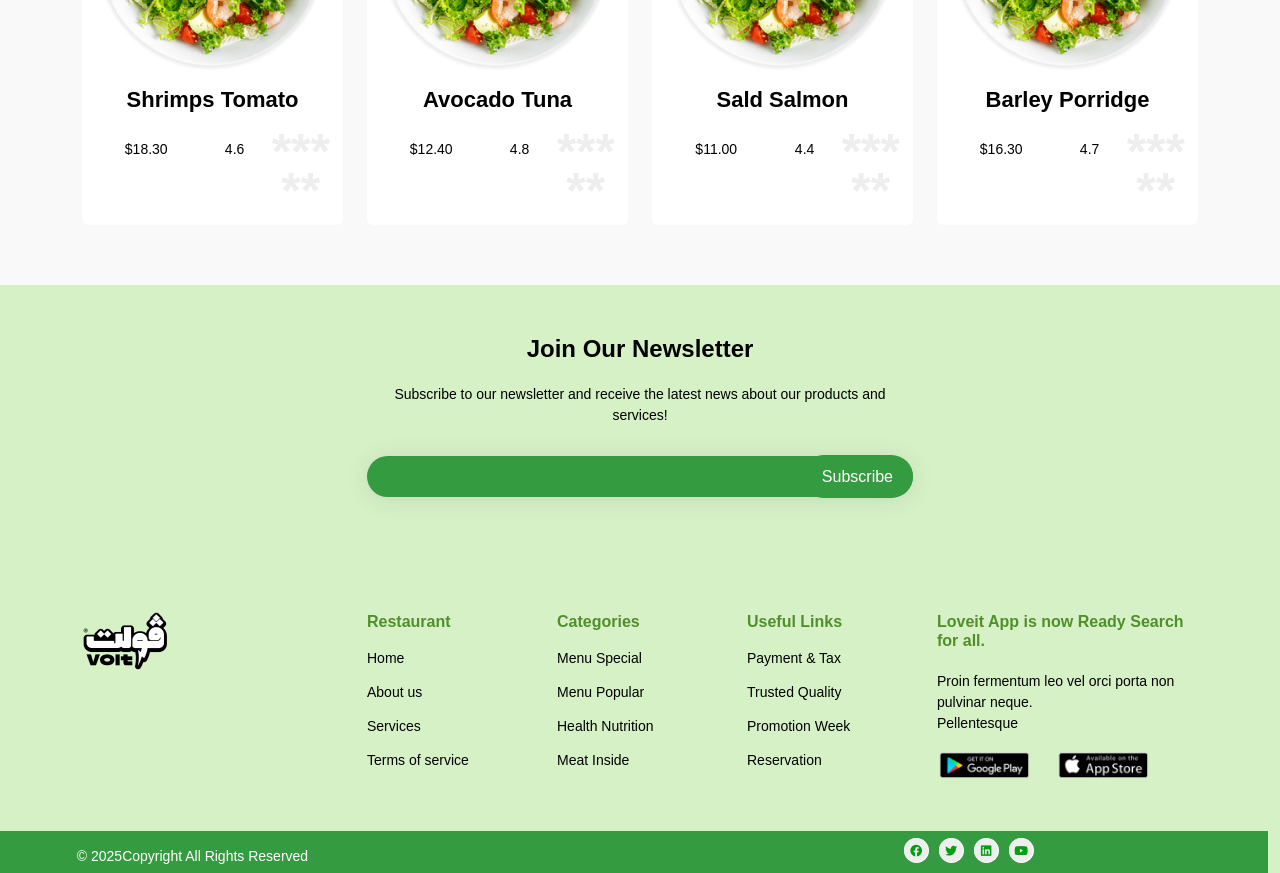
Repository: junivig/volt-new-project
Page: index.html
An editor plug-in stored every save of this project. The page is shown before and after the next save, followed by the edit.
The browser window is 1280 px wide. The pictures show the part of the page from y = 2220 to 3172 px (the page is 3093 px tall before and 3495 px after).

Above is the page before, as saved 2025-01-30 12:37:59.

After the next save:
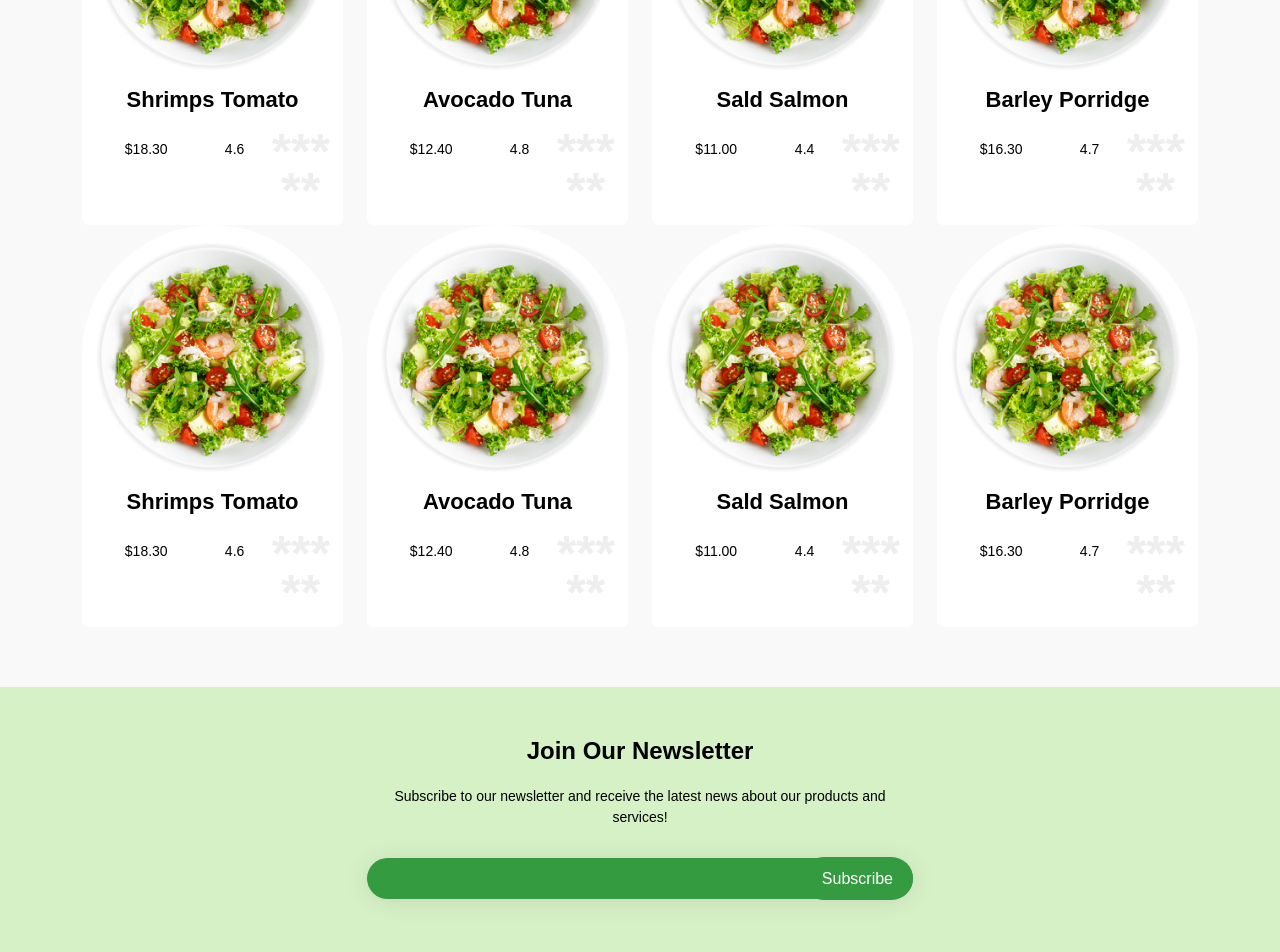
Saved 17 s later.
--- a/index.html
+++ b/index.html
@@ -412,6 +412,93 @@
 
             </div>
 
+            <div class="row gy-4">
+              <div class="col-lg-3 col-md-6" data-aos="fade-up" data-aos-delay="100">
+                <div class="service-item position-relative">
+                  <div class="">
+                    <img src="assets/img/menu-one.png" class="img-fluid " alt="">
+                  </div>
+                    <h3>Shrimps Tomato</h3>
+                  <div class="row mt-4">
+                    <div class="col-6">
+                      <p>$18.30</p>
+                    </div>
+                    <div class="col-2">
+                      <p>4.6</p>
+                    </div>
+                    <div class="col-4 px-0">
+                      <span class="star">***</span>
+                      <span class="star">**</span>
+                    </div>
+                  </div>
+                </div>
+              </div><!-- End Service Item -->
+
+              <div class="col-lg-3 col-md-6" data-aos="fade-up" data-aos-delay="100">
+                <div class="service-item position-relative">
+                  <div class="">
+                    <img src="assets/img/menu-one.png" class="img-fluid " alt="">
+                  </div>
+                    <h3>Avocado Tuna</h3>
+                  <div class="row mt-4">
+                    <div class="col-6">
+                      <p>$12.40</p>
+                    </div>
+                    <div class="col-2">
+                      <p>4.8</p>
+                    </div>
+                    <div class="col-4 px-0">
+                      <span class="star">***</span>
+                      <span class="star">**</span>
+                    </div>
+                  </div>
+                </div>
+              </div><!-- End Service Item -->
+
+              <div class="col-lg-3 col-md-6" data-aos="fade-up" data-aos-delay="100">
+                <div class="service-item position-relative">
+                  <div class="">
+                    <img src="assets/img/menu-one.png" class="img-fluid " alt="">
+                  </div>
+                    <h3>Sald Salmon</h3>
+                  <div class="row mt-4">
+                    <div class="col-6">
+                      <p>$11.00</p>
+                    </div>
+                    <div class="col-2">
+                      <p>4.4</p>
+                    </div>
+                    <div class="col-4 px-0">
+                      <span class="star">***</span>
+                      <span class="star">**</span>
+                    </div>
+                  </div>
+                </div>
+              </div><!-- End Service Item -->
+
+              <div class="col-lg-3 col-md-6" data-aos="fade-up" data-aos-delay="100">
+                <div class="service-item position-relative">
+                  <div class="">
+                    <img src="assets/img/menu-one.png" class="img-fluid " alt="">
+                  </div>
+                    <h3>Barley Porridge</h3>
+                  <div class="row mt-4">
+                    <div class="col-6">
+                      <p>$16.30</p>
+                    </div>
+                    <div class="col-2">
+                      <p>4.7</p>
+                    </div>
+                    <div class="col-4 px-0">
+                      <span class="star">***</span>
+                      <span class="star">**</span>
+                    </div>
+                  </div>
+                </div>
+              </div><!-- End Service Item -->
+
+            </div>
+
           </div>
 
         </section><!-- /Services Section -->
